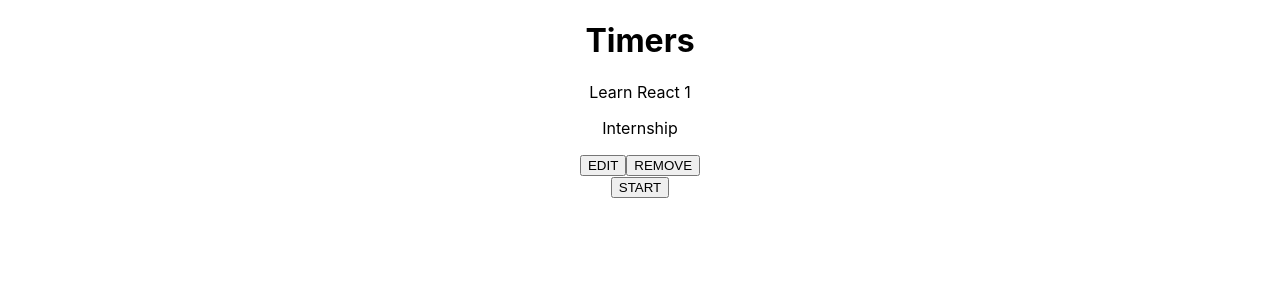
Repository: dqhuy153/react-timer
Page: /
The author's editor kept a copy of each file at every save. The page is drawn from the files as they stood at one save, then again after the next save.
The browser window is 1280 px wide. The pictures show the whole page.
The project was rebuilt for these pictures with package versions that can differ from the ones it lists, and the page was loaded fresh each time. Also part of the build but not shown: src/components/TimerForm/index.jsx.

Above is the page before, as saved 2021-10-26 09:03:19.

### src/App.js
import './App.css';
import Button from './components/Button';
import EditableTimerForm from './components/EditableTimerForm';

function App() {
  return (
    <div className="App">
      <h1>Timers</h1>

      <EditableTimerForm
        title="Learn React 1"
        project="Internship"
        timers={123423}
      />
    </div>
  );
}

export default App;

### src/components/Button/index.jsx
import React from 'react';

const Button = ({ children, onClick, className, ...rest }) => {
  return (
    <button
      className={'button ' + className}
      onClick={onClick}
      children={children}
      {...rest}
    ></button>
  );
};

export default Button;

### src/components/EditableTimerForm/index.jsx
import React from 'react';
import Timer from '../Timer';
import TimerForm from '../TimerForm';

const EditableTimerForm = ({ title, project, timer }) => {
  const isEdit = false;

  if (isEdit) return <TimerForm />;

  return <Timer title={title} project={project} timer={timer} />;
};

export default EditableTimerForm;

### src/components/Timer/index.jsx
import React from 'react';
import Button from '../Button';

const Timer = ({ title, project, timer }) => {
  const isRunning = false;

  const buttonLabel = isRunning ? 'STOP' : 'START';

  return (
    <div>
      <p>{title}</p>
      <p>{project}</p>
      <p>{timer}</p>

      <div>
        <Button>EDIT</Button>
        <Button>REMOVE</Button>
      </div>

      <Button>{buttonLabel}</Button>
    </div>
  );
};

export default Timer;

Loaded but not shown: public/index.html (common file); src/index.js (common file); src/index.css (common file); src/reportWebVitals.js (common file); src/App.css (common file)

After the next save:
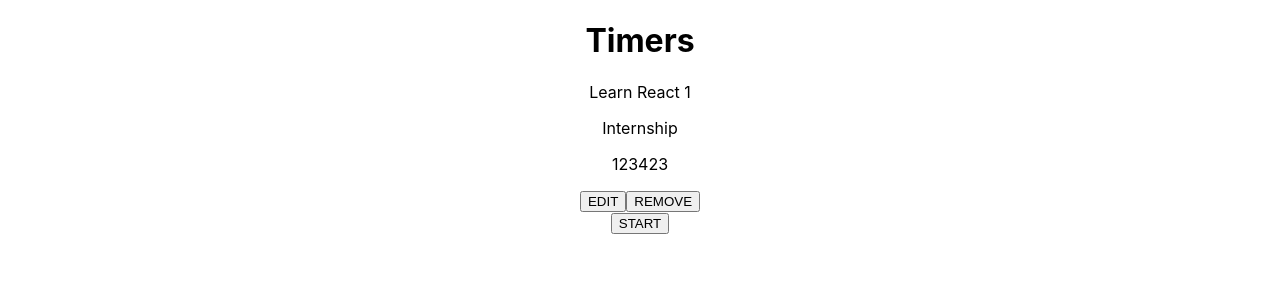
Saved 6 s later.
--- a/src/App.js
+++ b/src/App.js
@@ -10,7 +10,7 @@ function App() {
       <EditableTimerForm
         title="Learn React 1"
         project="Internship"
-        timers={123423}
+        timer={123423}
       />
     </div>
   );
